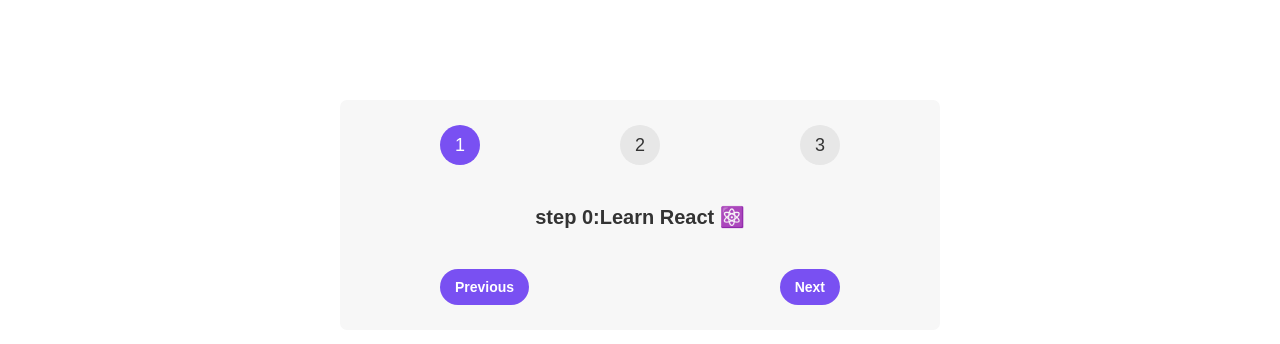
Repository: masamichan/steps
Page: /
These files come from the project's save history. The page is drawn as it stood at one moment and after the next save; the edit follows.
The browser window is 1280 px wide. The pictures show the whole page.
The project was rebuilt for these pictures with package versions that can differ from the ones it lists, and the page was loaded fresh each time.

Above is the page before, as saved 2023-12-31 09:21:03.

After the next save:
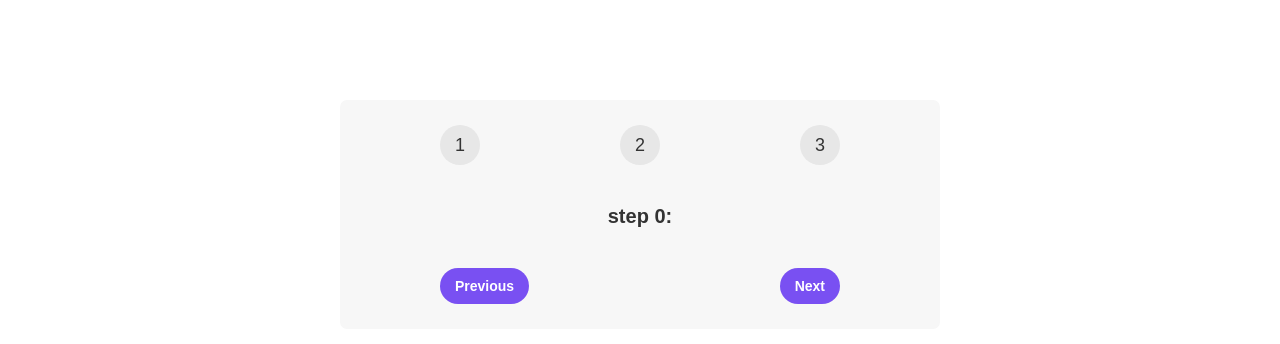
Saved 2 min 21 s later.
--- a/src/App.js
+++ b/src/App.js
@@ -20,12 +20,12 @@ export default function App() {
   return (
     <div className="steps">
       <div className="numbers">
-        <div className={`${step >= 0 ? "active" : ""}`}>1</div>
-        <div className={`${step >= 1 ? "active" : ""}`}>2</div>
-        <div className={`${step >= 2 ? "active" : ""}`}>3</div>
+        <div className={`${step >= 1 ? "active" : ""}`}>1</div>
+        <div className={`${step >= 2 ? "active" : ""}`}>2</div>
+        <div className={`${step >= 3 ? "active" : ""}`}>3</div>
       </div>
       <p className="message">
-        step {step}:{messages[step]}
+        step {step}:{messages[step - 1]}
       </p>
       <div className="buttons">
         <button

After the save that followed:
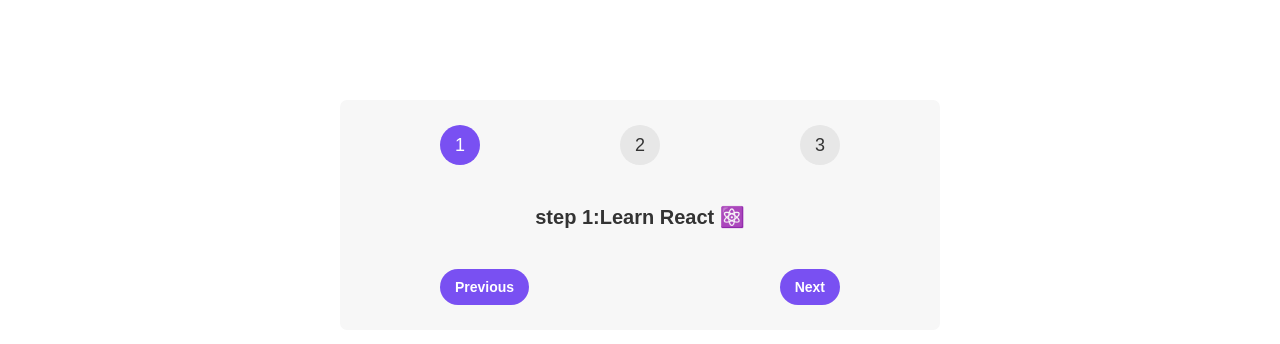
Saved 9 s later.
--- a/src/App.js
+++ b/src/App.js
@@ -7,7 +7,7 @@ const messages = [
 ];
 
 export default function App() {
-  const [step, setStep] = useState(0);
+  const [step, setStep] = useState(1);
 
   function handlePrevious() {
     setStep(step - 1);
